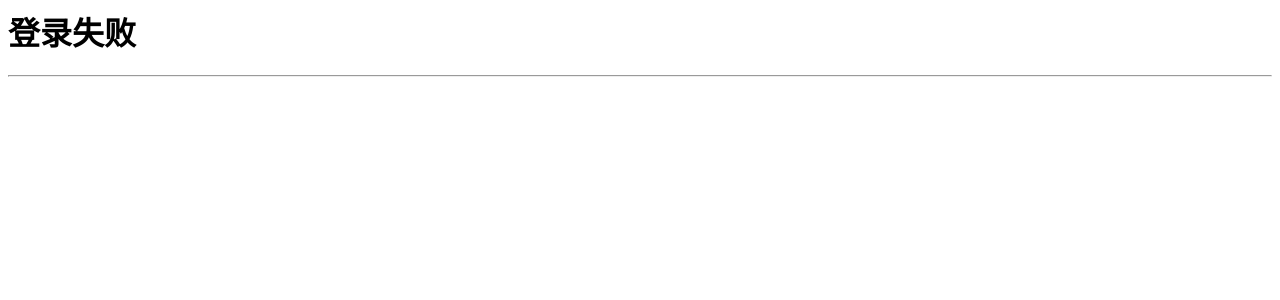
Repository: DFmoon/Servlet
Page: http://localhost/Exercise/6.5_cart.jsp
The author's editor kept a copy of each file at every save. The page is drawn from the files as they stood at one save, then again after the next save.
The browser window is 1280 px wide. The pictures show the whole page.
The page is served by Tomcat 9.

Above is the page before, as saved 2018-08-20 00:50:50.

After the next save:
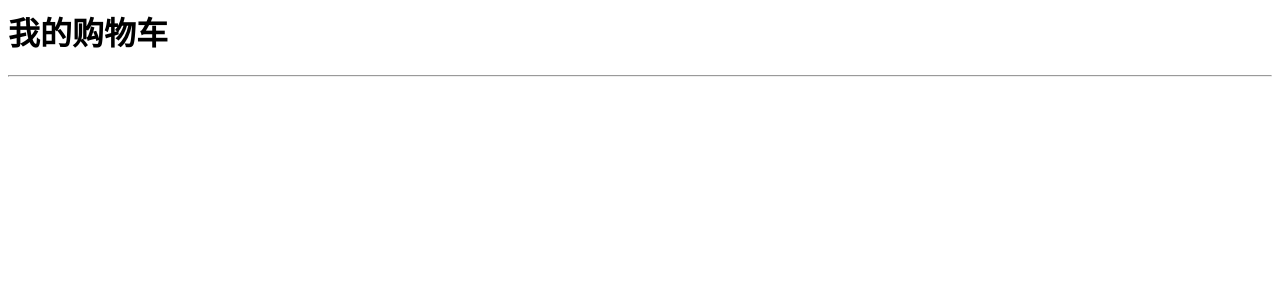
Saved 25 s later.
--- a/Exercise/WebContent/6.5_cart.jsp
+++ b/Exercise/WebContent/6.5_cart.jsp
@@ -9,12 +9,12 @@
   <head>
     <base href="<%=basePath%>">
 
-    <title>fail</title>
+    <title>cart</title>
 
   </head>
 
   <body>
-    <h1>登录失败</h1>
+    <h1>我的购物车</h1>
     <hr>
 
   </body>
